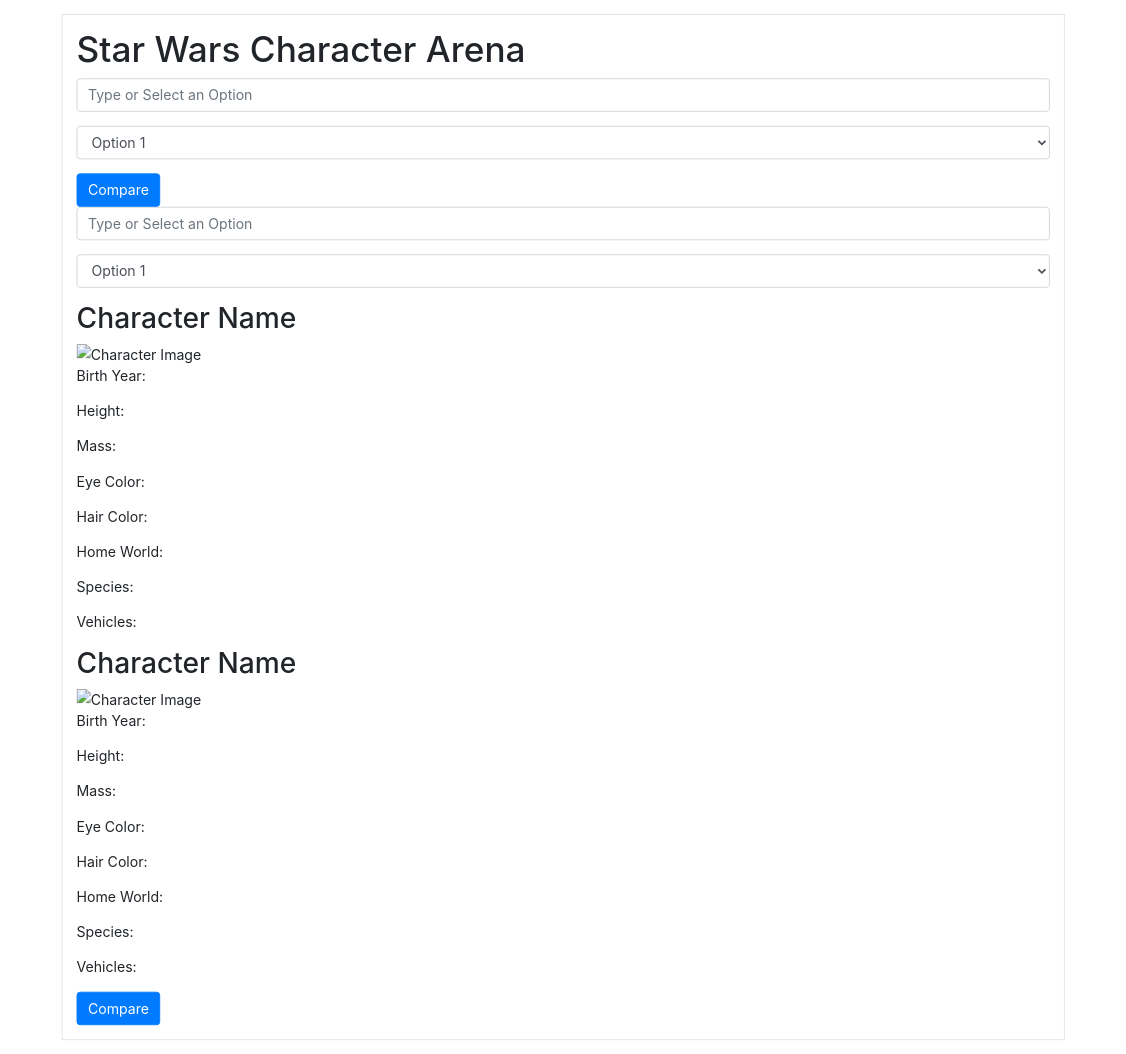
Repository: At-tricks/SW_Character_Arena
Page: client/index.html
These files come from the project's save history. The page is drawn as it stood at one moment and after the next save; the edit follows.
The browser window is 1280 px wide. The pictures show the whole page, at 88% of full size.

Above is the page before, as saved 2023-10-27 02:27:38.

After the next save:
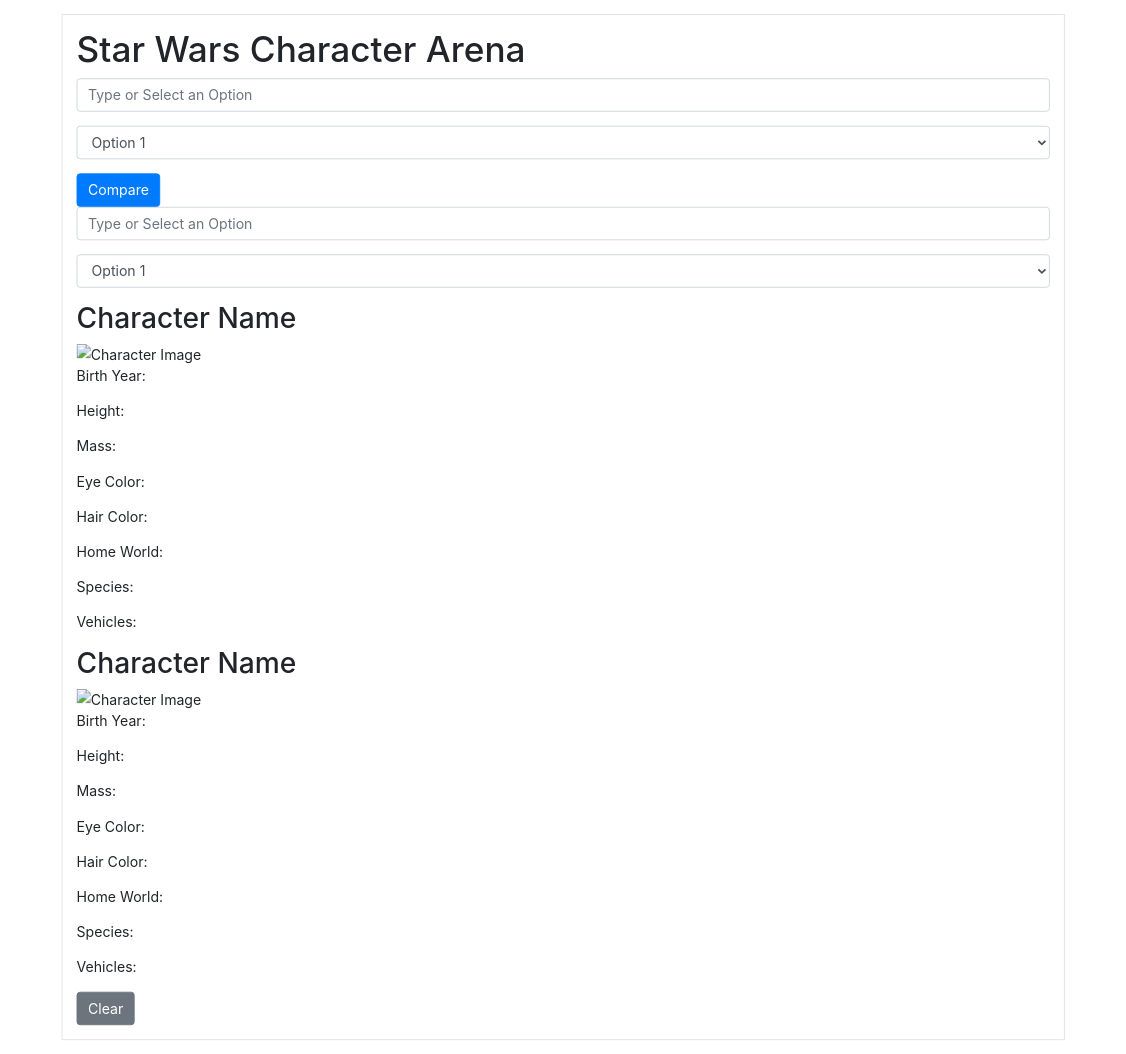
Saved 25 s later.
--- a/client/index.html
+++ b/client/index.html
@@ -69,7 +69,7 @@
             </div>
         </div>
         <div id="clear">
-            <button class="btn btn-primary">Compare</button>
+            <button class="btn btn-secondary">Clear</button>
         </div>
     </div>
 </body>
